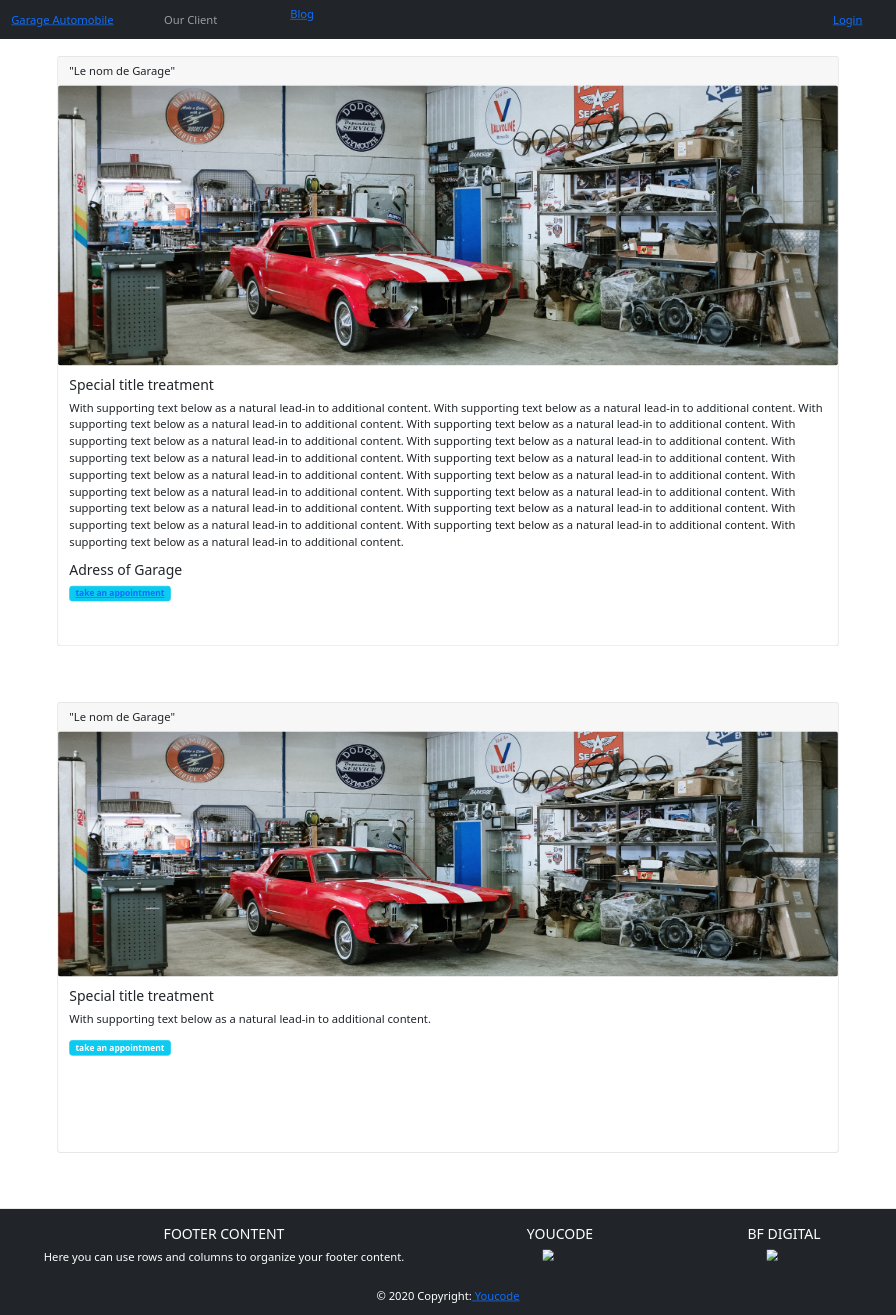
Repository: abdelhak-f/Fil-Rouge
Page: /blog (app in client/)
An editor plug-in stored every save of this project. The page is shown before and after the next save, followed by the edit.
The browser window is 1280 px wide. The pictures show the whole page, at 70% of full size.
The project was rebuilt for these pictures with package versions that can differ from the ones it lists, and the page was loaded fresh each time. Also part of the build but not shown: client/src/components/Text.jsx, client/src/components/forms/FirstFrontForm.jsx, client/src/components/Body.jsx, client/src/components/forms/FormGarage.jsx, client/src/components/loged/login/Login.jsx, client/src/components/loged/register/Register.jsx.

Above is the page before, as saved 2021-09-12 14:04:42.

### client/public/index.html
<!DOCTYPE html>
<html lang="en">
  <head>
    <meta charset="utf-8" />
    <link rel="icon" href="%PUBLIC_URL%/favicon.ico" />
    <meta name="viewport" content="width=device-width, initial-scale=1" />
    <meta name="theme-color" content="#000000" />
    <meta
      name="description"
      content="Web site created using create-react-app"
    />
    <!--   import bootstrao  -->
    <link
  rel="stylesheet"
  href="https://cdn.jsdelivr.net/npm/bootstrap@5.1.0/dist/css/bootstrap.min.css"
  integrity="sha384-KyZXEAg3QhqLMpG8r+8fhAXLRk2vvoC2f3B09zVXn8CA5QIVfZOJ3BCsw2P0p/We"
  crossorigin="anonymous"
  />

    <link rel="apple-touch-icon" href="%PUBLIC_URL%/logo192.png" />
    <!--
      manifest.json provides metadata used when your web app is installed on a
      user's mobile device or desktop. See https://developers.google.com/web/fundamentals/web-app-manifest/
    -->
    <link rel="manifest" href="%PUBLIC_URL%/manifest.json" />
    <!--
      Notice the use of %PUBLIC_URL% in the tags above.
      It will be replaced with the URL of the `public` folder during the build.
      Only files inside the `public` folder can be referenced from the HTML.

      Unlike "/favicon.ico" or "favicon.ico", "%PUBLIC_URL%/favicon.ico" will
      work correctly both with client-side routing and a non-root public URL.
      Learn how to configure a non-root public URL by running `npm run build`.
    -->
    <title>React App</title>
  </head>
  <body>
    <noscript>You need to enable JavaScript to run this app.</noscript>
    <div id="root"></div>
    <!--
      This HTML file is a template.
      If you open it directly in the browser, you will see an empty page.

      You can add webfonts, meta tags, or analytics to this file.
      The build step will place the bundled scripts into the <body> tag.

      To begin the development, run `npm start` or `yarn start`.
      To create a production bundle, use `npm run build` or `yarn build`.
    -->
  </body>
</html>

### client/src/index.js
import React from 'react';
import ReactDOM from 'react-dom';
import './index.css';
import App from './App';
import reportWebVitals from './reportWebVitals';

// import bootstrap
import 'bootstrap/dist/css/bootstrap.min.css';

ReactDOM.render(
  <React.StrictMode>
    <App />
  </React.StrictMode>,
  document.getElementById('root')
);

// If you want to start measuring performance in your app, pass a function
// to log results (for example: reportWebVitals(console.log))
// or send to an analytics endpoint. Learn more: https://bit.ly/CRA-vitals
reportWebVitals();

### client/src/App.js
// import './App.css';
import React from 'react';

import Navbar from './components/Nnavbar';
import Body from './components/Body';
import Footer from './components/Footer';
import Blog from './components/Blog';
import FormGarage from './components/forms/FormGarage'
import Login from './components/loged/login/Login';
import Register from './components/loged/register/Register';

import { BrowserRouter as Router, Switch, Route } from 'react-router-dom';






function App() {
  return (


    <>
<Router>

     <Navbar />




    <Switch>
    <Route  path="/" exact component={Body} />
    <Route  path="/Blog" component={Blog} />
    <Route  path="/FormGarage" component={FormGarage} />
    <Route  path="/login" component={Login} />
    <Route  path="/register" component={Register} />
    </Switch>

    <Footer/>
</Router>
    </>

  );
}

export default App;

### client/src/components/Nnavbar.jsx
import React from 'react';
import { NavLink } from 'react-router-dom';

import * as ReactBootstrap from 'react-bootstrap';









function Navbar() {
    return(
      <>

            <ReactBootstrap.Navbar className="mb-5" collapseOnSelect expand="lg" bg="dark" variant="dark" fixed="top">

 <NavLink className="mx-3" to="/">Garage Automobile</NavLink>
 <ReactBootstrap.Navbar.Toggle aria-controls="responsive-navbar-nav" />
 <ReactBootstrap.Navbar.Collapse id="responsive-navbar-nav">
   <ReactBootstrap.Nav className="me-auto">
     <ReactBootstrap.Nav.Link className="mx-5" href="#features">Our Client</ReactBootstrap.Nav.Link>
     <NavLink  className="px-5" to="/blog">Blog</NavLink>
     {/* <ReactBootstrap.NavDropdown title="Dropdown" id="collasible-nav-dropdown">
       <ReactBootstrap.NavDropdown.Item href="#action/3.1">Action</ReactBootstrap.NavDropdown.Item>
       <ReactBootstrap.NavDropdown.Item href="#action/3.2">Another action</ReactBootstrap.NavDropdown.Item>
       <ReactBootstrap.NavDropdown.Item href="#action/3.3">Something</ReactBootstrap.NavDropdown.Item>
       <ReactBootstrap.NavDropdown.Divider />
       <ReactBootstrap.NavDropdown.Item href="#action/3.4">Separated link</ReactBootstrap.NavDropdown.Item>
     </ReactBootstrap.NavDropdown> */}
   </ReactBootstrap.Nav>
   <ReactBootstrap.Nav>
     <NavLink  className="px-5"  to="/login"> Login</NavLink>
     {/* <ReactBootstrap.Nav.Link eventKey={2} href="#memes">
       Admin
     </ReactBootstrap.Nav.Link> */}
   </ReactBootstrap.Nav>
 </ReactBootstrap.Navbar.Collapse>

</ReactBootstrap.Navbar>





</>

    )
}

export default Navbar ;

### client/src/components/Footer.jsx
import React from "react";


function Footer () {
    return(
<footer  className="pt-4 page-footer font-small blue bg-dark ">
    <div className="text-center container-fluid text-md-left ">
        <div className="row">
            <div className="mt-3 text-white col-md-6 mt-md-0">
                <h5 className=" text-uppercase">Footer Content</h5>
                <p >Here you can use rows and columns to organize your footer content.</p>
            </div>

            <hr className="clearfix pb-0 w-100 d-md-none"/>

            <div className="mb-3 col-md-3 mb-md-0">
                <h5 className="text-white text-uppercase">Youcode</h5>
                <img src="" alt="logo" width={300} /></div>

            <div className="mb-3 col-md-3 mb-md-0">
                <h5 className="text-white text-uppercase " >BF Digital</h5>
                <img src="" alt="logo" width={300} />
            </div>
        </div>
    </div>

    <div className="py-3 text-center text-white footer-copyright " >© 2020 Copyright:
        <a href="https://www.youcode.ma/"> Youcode</a>
    </div>

</footer>
)

}

export default Footer

### client/src/components/Blog.jsx
import React from 'react'
import './css/style.css';
// import { BrowserRouter as Router, Switch, Route } from 'react-router-dom';
import { NavLink } from 'react-router-dom';
import { Container, Card, Button, Col, Row } from 'react-bootstrap';
import image from '../images/image.jpg';
// import FormGarage from './forms/FormGarage'



function Blog() {
  return (
        <>
     <Container  className="Blog" >
         {/* first blog */}
         <Card >
           <Card.Header  >"Le nom de Garage"  </Card.Header>
            <Card.Img
            style={{ height: '400px', weiht: '500px' }}
             src={image} />
            <Card.Body
             style={{ height: '400px', weiht: '500px' }}
            >
            <Card.Title>Special title treatment</Card.Title>
            <Card.Text>
                 With supporting text below as a natural lead-in to additional content.
                 With supporting text below as a natural lead-in to additional content.
                 With supporting text below as a natural lead-in to additional content.
                 With supporting text below as a natural lead-in to additional content.
                 With supporting text below as a natural lead-in to additional content.
                 With supporting text below as a natural lead-in to additional content.
                 With supporting text below as a natural lead-in to additional content.
                 With supporting text below as a natural lead-in to additional content.
                 With supporting text below as a natural lead-in to additional content.
                 With supporting text below as a natural lead-in to additional content.
                 With supporting text below as a natural lead-in to additional content.
                 With supporting text below as a natural lead-in to additional content.
                 With supporting text below as a natural lead-in to additional content.
                 With supporting text below as a natural lead-in to additional content.
                 With supporting text below as a natural lead-in to additional content.
                 With supporting text below as a natural lead-in to additional content.
                 With supporting text below as a natural lead-in to additional content.
            </Card.Text>
            <Card.Title>Adress of Garage</Card.Title>
            <Button as='Col' className="badge" variant="info">
              <NavLink to="/FormGarage" >take an appointment</NavLink>
            </Button>

           </Card.Body>
        </Card>

        <Card className="Blog">
           <Card.Header  >"Le nom de Garage"  </Card.Header>
            <Card.Img
             style={{ height: '350px', weiht: '500px' }}
            src={image} />
            <Card.Body>
            <Card.Title>Special title treatment</Card.Title>
            <Card.Text>
                 With supporting text below as a natural lead-in to additional content.
            </Card.Text>

            <Row>
               <Col>
               <Button className="badge" variant="info">take an appointment</Button>
               </Col>
               <Col>
               {/* <>Special title treatment</> */}
               </Col>
            </Row>
           </Card.Body>
        </Card>

        {/* second blog */}

     </Container>




{/* <Router>
    <Switch>
     <Route  path="/" component={FormGarage} />
    </Switch>

</Router> */}

</>

  )

}

export default Blog

### client/src/components/css/style.css

.Blog {
    margin-top: 5rem;
    margin-bottom: 5rem;
  }
  .Login{
    margin-top: 5rem;
    margin-bottom: 5rem;
    margin-left: 25%;
    margin-right: 25%;
  }

  .form-inline {
      margin-top:  5%;
      width: 80%;
      height: 5%;
  }
  .btn{
      margin-bottom: 23%;
  }

  .owner{
      margin-top: 5rem;
  }

Loaded but not shown: client/src/index.css (common file); client/src/reportWebVitals.js (common file)

After the next save:
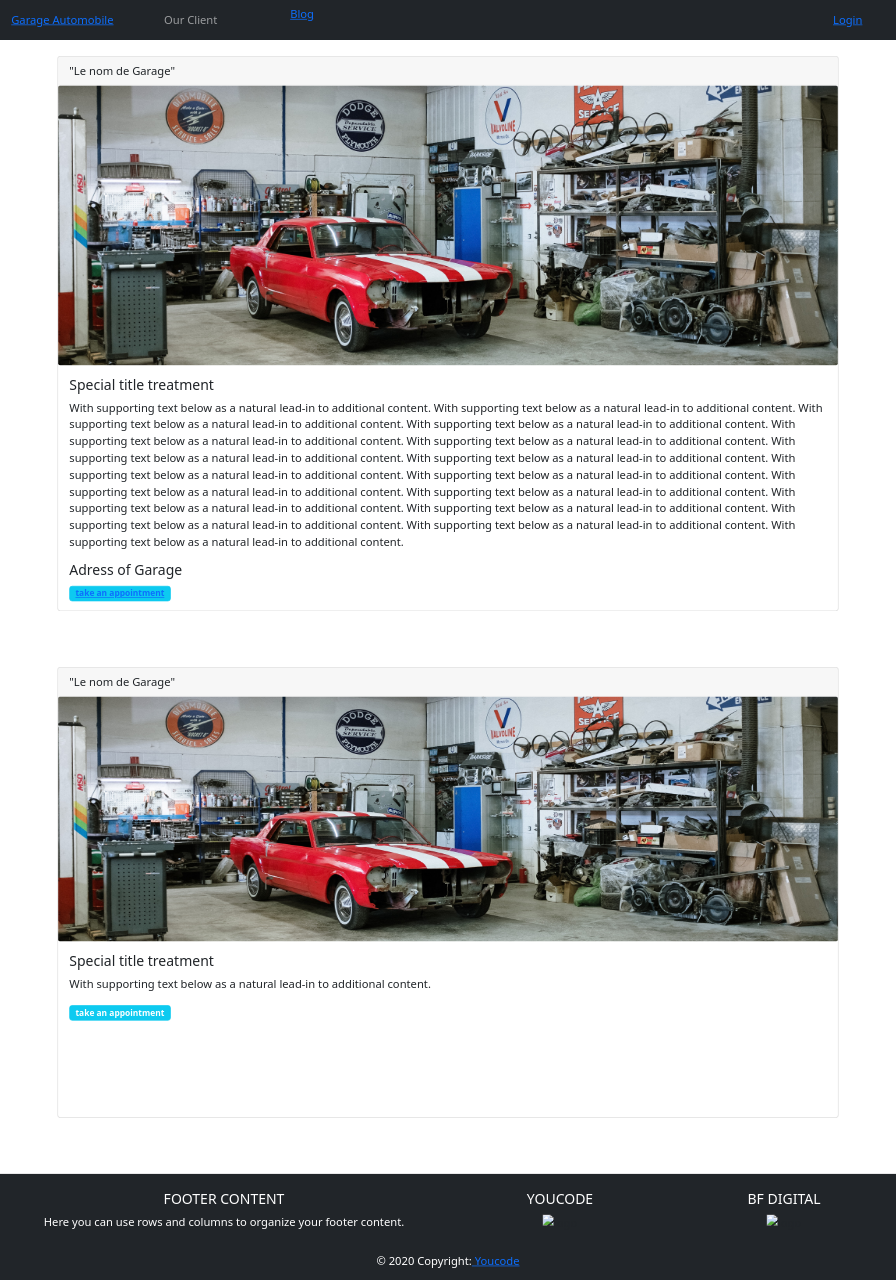
Saved 9 s later.
--- a/client/src/components/Blog.jsx
+++ b/client/src/components/Blog.jsx
@@ -19,7 +19,7 @@ function Blog() {
             style={{ height: '400px', weiht: '500px' }}
              src={image} />
             <Card.Body
-             style={{ height: '400px', weiht: '500px' }}
+             style={{ height: '350px', weiht: '500px' }}
             >
             <Card.Title>Special title treatment</Card.Title>
             <Card.Text>
